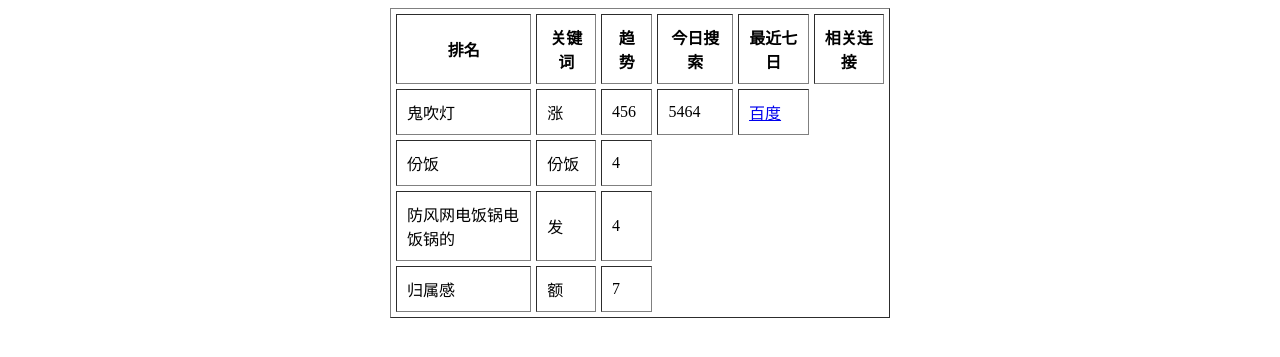
Repository: TheBestBadGuy0228/code
Page: day2_表格基本语法.html
The author's editor kept a copy of each file at every save. The page is drawn from the files as they stood at one save, then again after the next save.
The browser window is 1280 px wide. The pictures show the whole page.

Above is the page before, as saved 2021-06-23 14:53:41.

### day2_表格基本语法.html
<!-- /*
 * @Author: 风车车的表哥
 * @Date: 2021-06-23 14:06:46
 * @Last Modified by:   风车车的表哥
 * @Last Modified time: 2021-06-23 14:06:46
 */ -->
<!DOCTYPE html>
<html lang="en">

<head>
    <meta charset="UTF-8">
    <meta http-equiv="X-UA-Compatible" content="IE=edge">
    <meta name="viewport" content="width=device-width, initial-scale=1.0">
    <title>表格基础语法</title>
</head>

<body>
    <!-- 属性写在table标签中 -->
    <table align="center" border="1" cellpadding="10" cellspacing="5" width="500">
        <tr>
            <th>排名</th>
            <th>关键词</th>
            <th>趋势</th>
            <th>今日搜索</th>
            <th>最近七日</th>
            <th>相关连接</th>
        </tr>
        <tr>
            <td>鬼吹灯</td>
            <td>涨</td>
            <td>456</td>
            <td>5464</td>
            <td><a href="http://www.baidu.com">百度</a></td>
        </tr>
        <tr>
            <td>份饭</td>
            <td>份饭</td>
            <td>4</td>
        </tr>
        <tr>
            <td>防风网电饭锅电饭锅的</td>
            <td>发</td>
            <td>4</td>
        </tr>
        <tr>
            <td>归属感</td>
            <td>额</td>
            <td>7</td>
        </tr>

    </table>
</body>

</html>

After the next save:
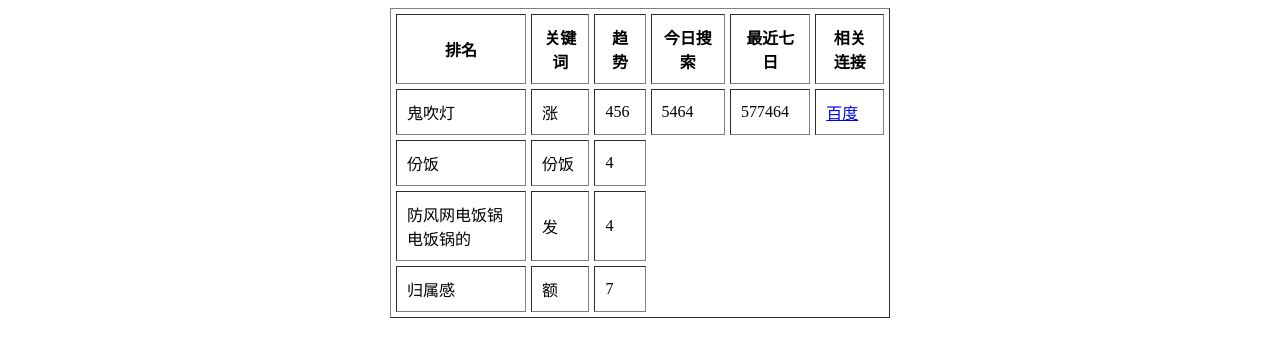
Saved 24 s later.
--- a/day2_表格基本语法.html
+++ b/day2_表格基本语法.html
@@ -30,6 +30,7 @@
             <td>涨</td>
             <td>456</td>
             <td>5464</td>
+            <td>577464</td>
             <td><a href="http://www.baidu.com">百度</a></td>
         </tr>
         <tr>
